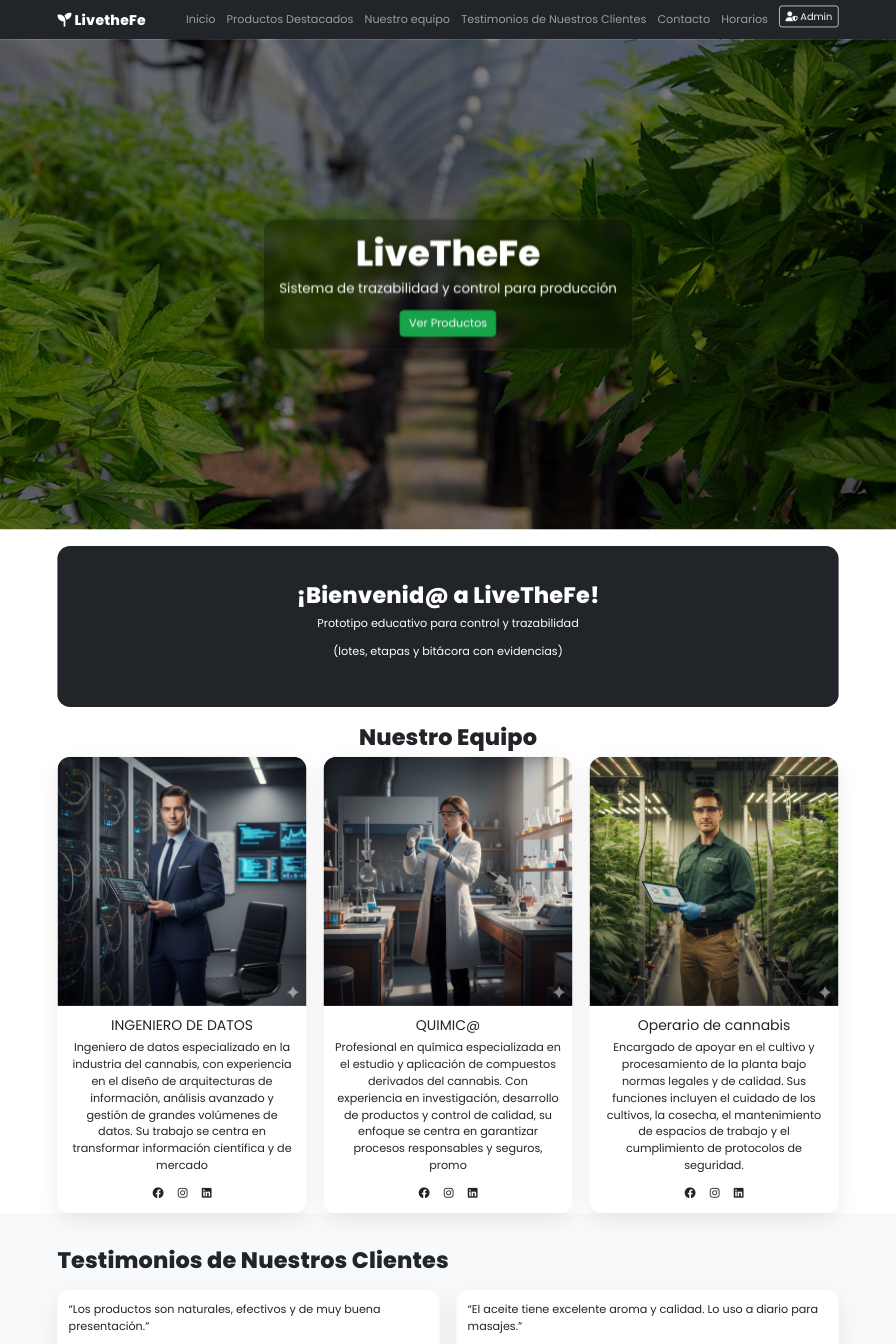
Repository: salextros/livethefe_delivery
Page: http://localhost/homework_sena/
An editor plug-in stored every save of this project. The page is shown before and after the next save, followed by the edit.
The browser window is 1280 px wide. The pictures show the part of the page from y = 0 to 1920 px (the page is 3797 px tall before and 720 px after), at 70% of full size.
The page is run by PHP 8.4 with error messages shown; the project is at /var/www/html/. The database holds what the project's SQL file puts in it.

Above is the page before, as saved 2026-02-26 09:57:11.

After the next save:
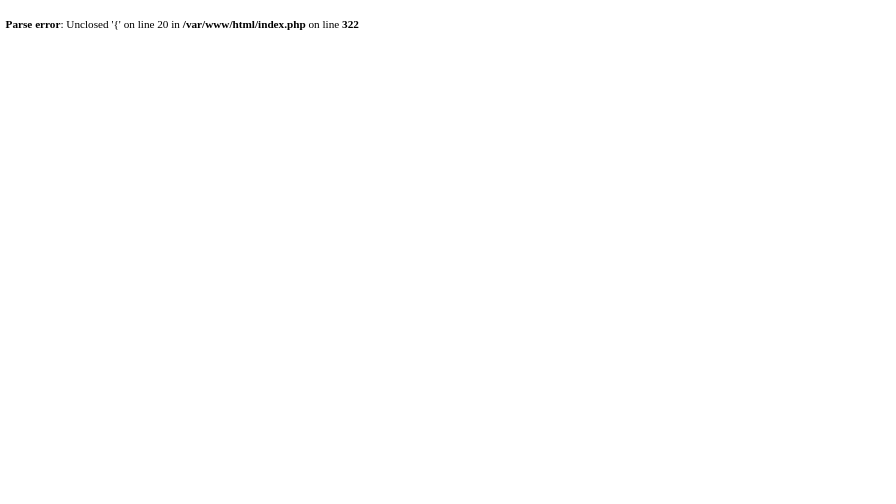
Saved 4 h 28 min later.
--- a/index.php
+++ b/index.php
@@ -37,8 +37,14 @@
         $resultados->execute();
     }
     header("Location:index.php");
+
+session_start();
+
+// Si NO ha iniciado sesión, lo mandamos al login público
+if(!isset($_SESSION["usuario"])){
+  header("Location: login.php");
+  exit();
 }
-
 ?>
 
 <!doctype html>

After the save that followed:
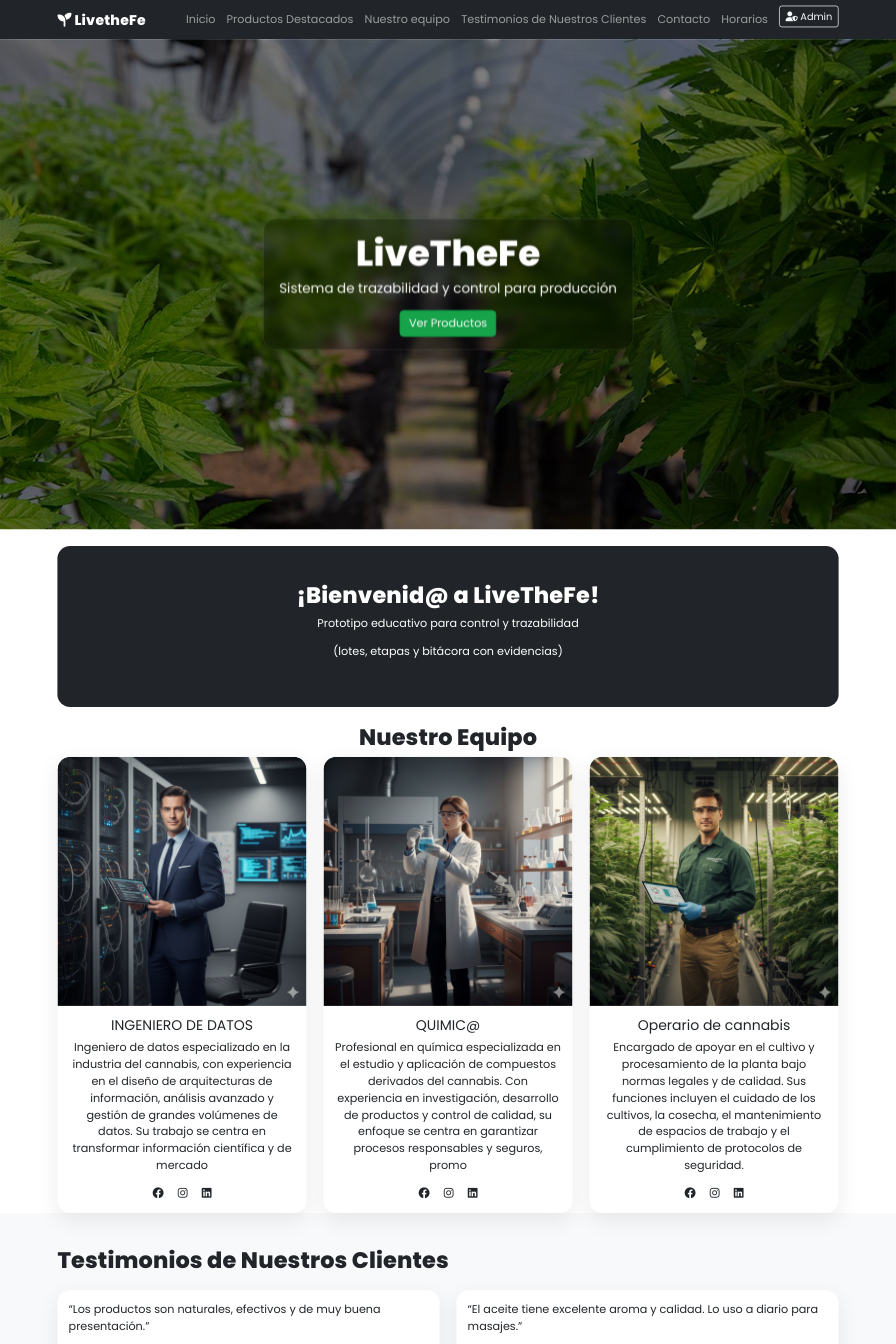
Saved 5 min 9 s later.
--- a/index.php
+++ b/index.php
@@ -37,14 +37,10 @@
         $resultados->execute();
     }
     header("Location:index.php");
-
-session_start();
-
-// Si NO ha iniciado sesión, lo mandamos al login público
-if(!isset($_SESSION["usuario"])){
-  header("Location: login.php");
-  exit();
 }
+
+
+
 ?>
 
 <!doctype html>
